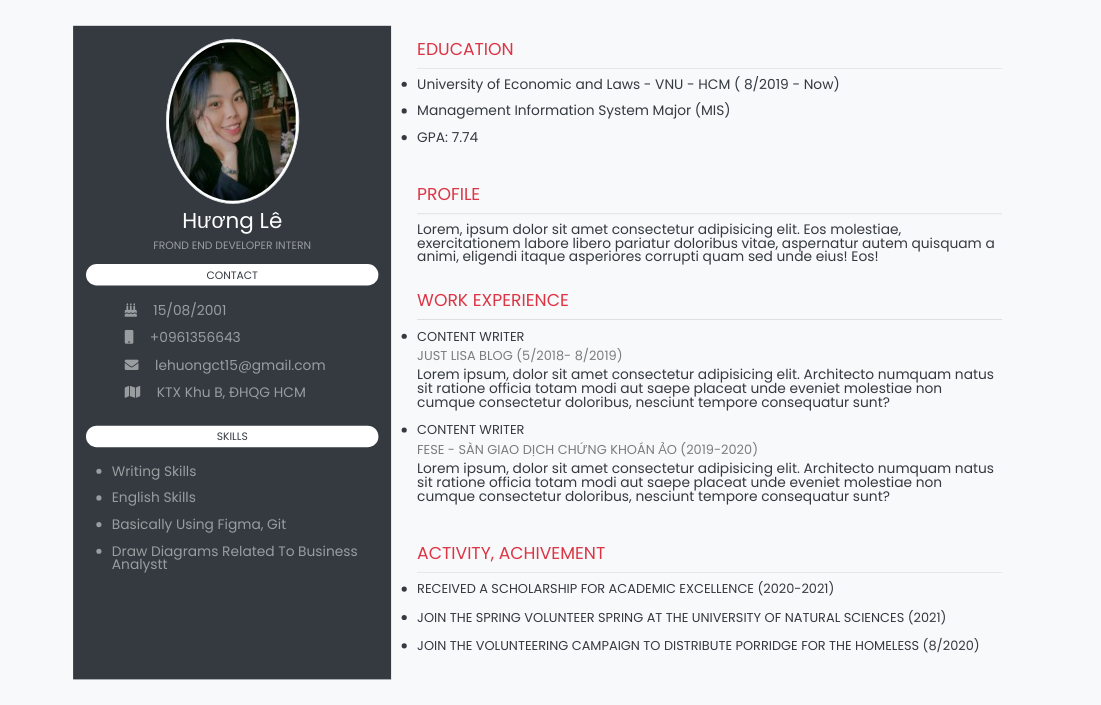
Repository: huongle158/cvhuongle
Page: index.html
An editor plug-in stored every save of this project. The page is shown before and after the next save, followed by the edit.
The browser window is 1280 px wide. The pictures show the whole page, at 86% of full size.
The page's requests for data from a server got no answer. Some web libraries are served in a nearby version.

Above is the page before, as saved 2021-12-13 01:05:56.

After the next save:
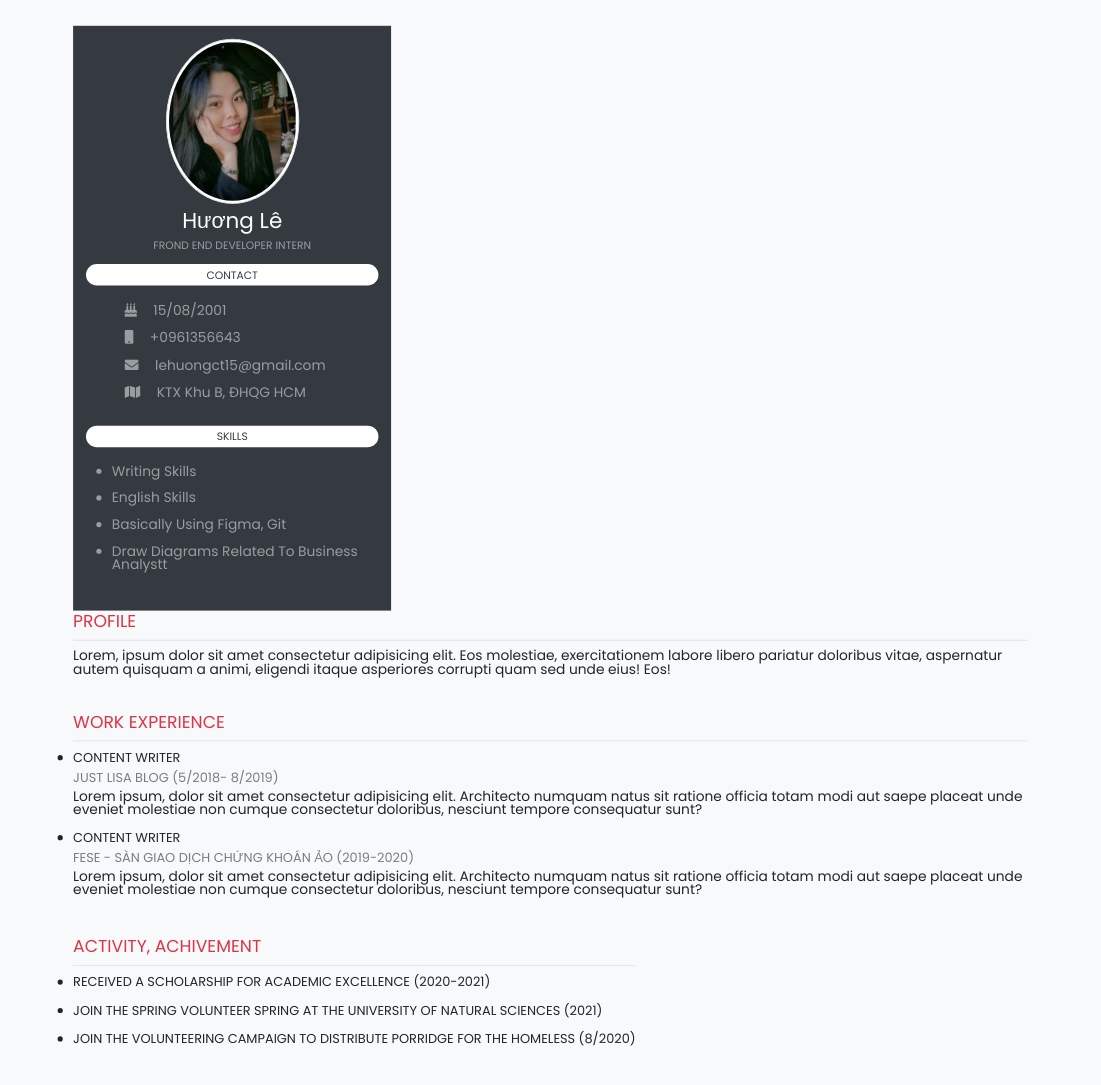
Saved 34 s later.
--- a/index.html
+++ b/index.html
@@ -74,16 +74,14 @@
         </div>
 
         <div class="col-lg-8 bg-light text-dark py-4 px-5">
-             <div class="header-right mb-5 m-education">
+             <!-- <div class="header-right mb-5 m-education">
                 <h2 class="text-uppercase text-danger">Education</h2>
                 <hr>
                  <ul class="list">
                 <li class="list-item mb-4">University of Economic and Laws - VNU - HCM ( 8/2019 - Now)</li>
                 <li class="list-item mb-4">Management Information System Major (MIS)</li>
                 <li class="list-item mb-4">GPA: 7.74</li>
-              </ul>
-
-
+              </ul> -->
             </div>
 
             <br>
